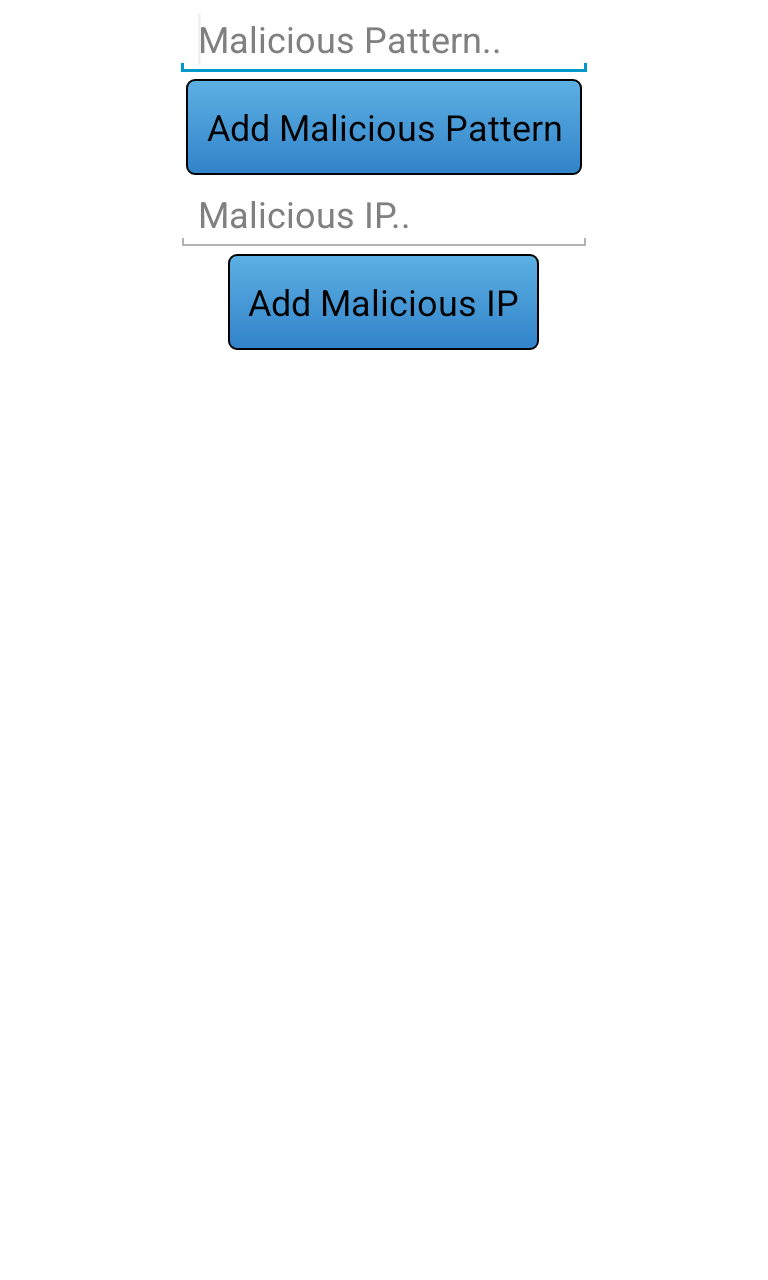
Repository: ArisKots1992/Software-Development
Layout: Anaptiksi Logismikou/Anaptiksi Logismikou/AdminClientApplication/res/layout/forth_tab.xml
The author's editor kept a copy of each file at every save. The layout is drawn from the files as they stood at one save, then again after the next save.
It is drawn on a 768 x 1280 px phone screen (xhdpi) without system bars, with theme AppTheme; the app's code is not run.

Above is the layout before, as saved 2015-01-20 00:09:56.

After the next save:
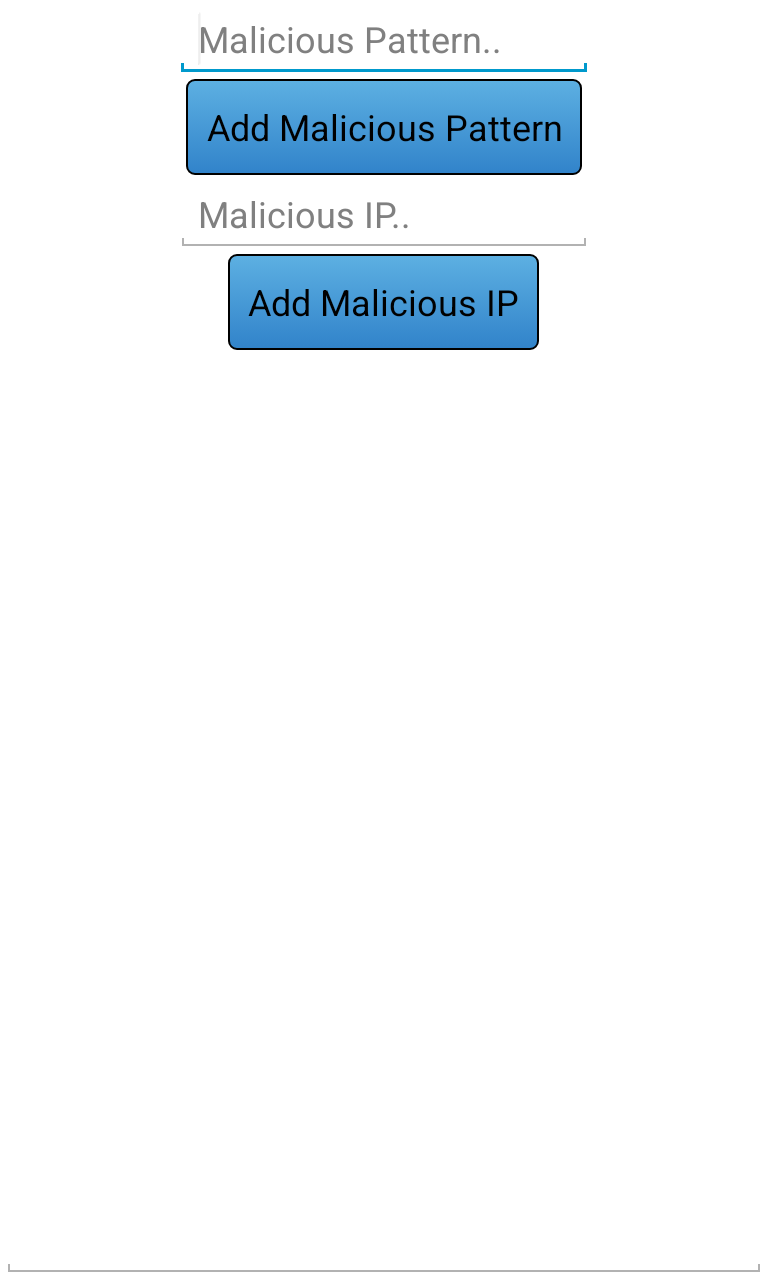
Saved 2 min 40 s later.
--- a/Anaptiksi Logismikou/Anaptiksi Logismikou/AdminClientApplication/res/layout/forth_tab.xml
+++ b/Anaptiksi Logismikou/Anaptiksi Logismikou/AdminClientApplication/res/layout/forth_tab.xml
@@ -36,4 +36,10 @@
         android:text="Add Malicious IP"
          android:background="@drawable/custom_button" />
 
+    <EditText
+        android:id="@+id/editText1"
+        android:layout_width="match_parent"
+        android:layout_height="match_parent"
+        android:inputType="" />
+
 </LinearLayout>
